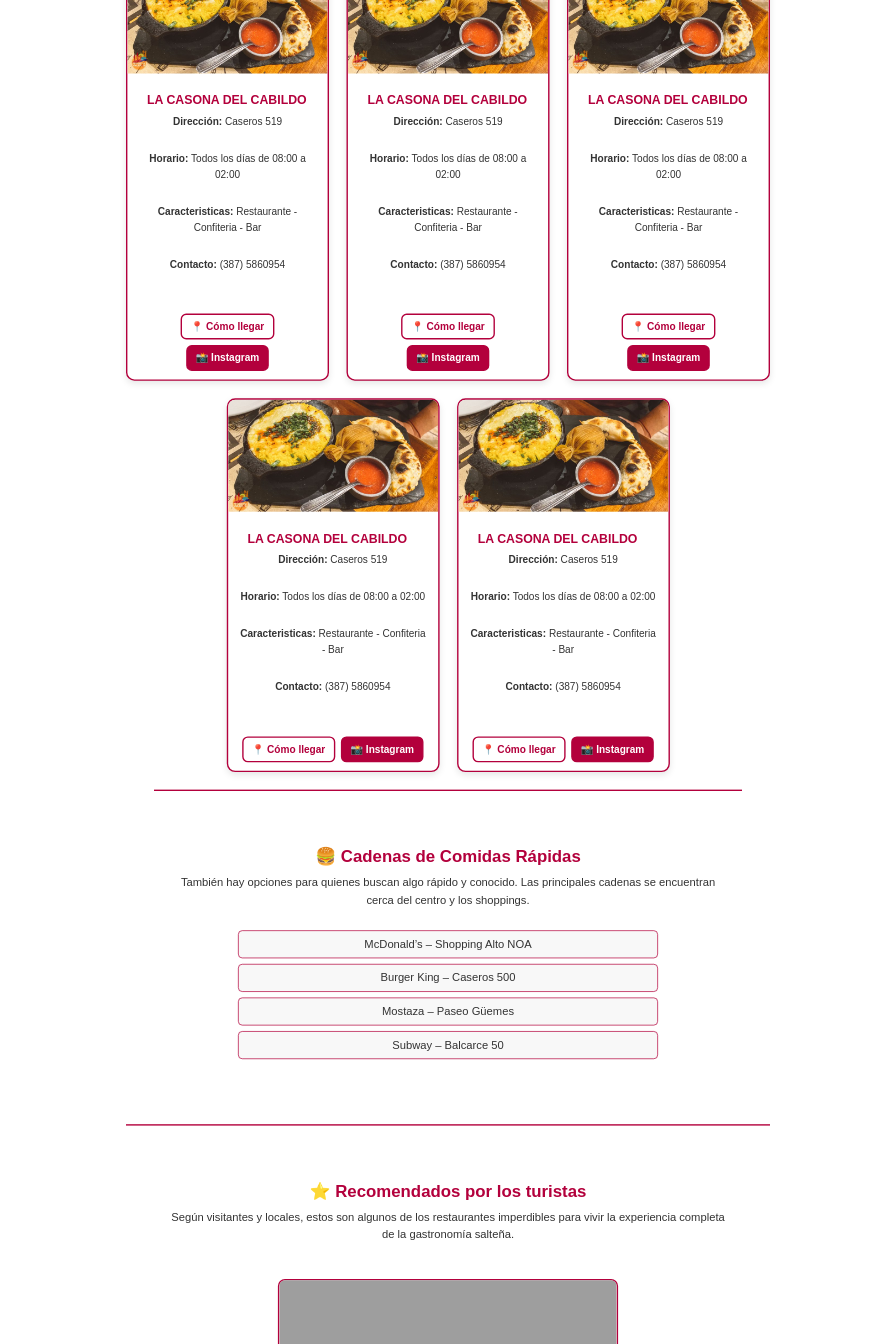
Repository: nahir95/come-en-salta
Page: restaurantes.html
These files come from the project's save history. The page is drawn as it stood at one moment and after the next save; the edit follows.
The browser window is 1280 px wide. The pictures show the part of the page from y = 4580 to 6500 px (the page is 7313 px tall before and 7283 px after), at 70% of full size.
Pictures or frames that could not be fetched are drawn as grey boxes.

Above is the page before, as saved 2025-11-12 02:52:37.

### restaurantes.html
<!doctype html>
<html lang="es">
<head>
  <meta charset="utf-8" />
  <meta name="viewport" content="width=device-width, initial-scale=1" />
  <title>Restaurantes - Comé en Salta</title>
  <link rel="stylesheet" href="style.css">
</head>

<body>
  <header>
    <h1>Comé en Salta</h1>
    <nav>
      <a href="index.html">Inicio</a>
      <a href="restaurantes.html">Restaurantes</a>
      <a href="penas.html">Peñas</a>
      <a href="#contacto">Contacto</a>
    </nav>
  </header>

  <main class="restaurantes">
    <section class="intro">
      <h2>Los mejores lugares para disfrutar en Salta</h2>
      <p>Explorá los sabores salteños en cada rincón de la ciudad. Desde el corazón histórico hasta los paseos más modernos, la gastronomía local te invita a vivir experiencias únicas.</p>
    </section>

    <!-- PLAZA 9 DE JULIO -->
<section id="plaza9" class="zona">
  <h2>🍽️ Plaza 9 de Julio</h2>
  <p>El corazón histórico de Salta ofrece restaurantes con encanto colonial, ideales para disfrutar de la gastronomía local frente a la plaza principal.</p>

  <div class="zona-grid">

    <!-- Restaurante 1 -->
    <article class="card restaurante">
      <img src="imagenes/cafe-catedral.jpeg" alt="El Solar del Convento">
      <div class="card-content">
        <h3>CAFE CATEDRAL</h3>
        <p><strong>Dirección:</strong> Bartolomé Mitre 95</p>
        <p><strong>Horarios:</strong> Lunes a Viernes: 7:00 a 22:00 - Sabado: 7:00 a 14:00</p>
        <p><strong>Caracteristicas:</strong> Desayunos, Almuerzos, Meriendas</p>
        <p><strong>Contacto:</strong> (387) 4317756 - (387) 5323658</p>
        <div class="btns-resto">
          <a href="https://maps.app.goo.gl/VMKrjFsvunXBDcr2A" target="_blank" class="btn">📍 Cómo llegar</a>
          <a href="https://www.instagram.com/cafecatedral_?igsh=MnE1amYwa3dqeDF6" target="_blank" class="btn btn-secundario">📸 Instagram</a>
        </div>
      </div>
    </article>

    <!-- Restaurante 2 -->
    <article class="card restaurante">
      <img src="imagenes/fritito.jpeg" alt="Fritito">
      <div class="card-content">
        <h3>FRITITO</h3>
        <p><strong>Dirección:</strong> Bartolome Mitre 85</p>
        <p><strong>Horario:</strong> Todos los días de 10:00 a 23:00</p>
        <p><strong>Caracteristicas:</strong> Comidas Rapidas - Fries & Burger</p>
        <p><strong>Contacto:</strong> (387) 5742741</p> <br> <br>
        <div class="btns-resto">
          <a href="https://maps.app.goo.gl/fA5zTu5r4aBTFWrC6?g_st=aw" target="_blank" class="btn">📍 Cómo llegar</a>
          <a href="https://www.instagram.com/fritito.salta?igsh=MXFieXNvZHdlZHZzZg==" target="_blank" class="btn btn-secundario">📸 Instagram</a>
        </div>
      </div>
    </article>

    <!-- Restaurante 3 -->
     <article class="card restaurante">
      <img src="imagenes/el-wey.png" alt="El Wey">
      <div class="card-content">
        <h3>EL WEY</h3>
        <p><strong>Dirección:</strong> Bartolome Mitre 81</p>
        <p><strong>Horario:</strong> Todos los días de 12:00 a 16:00 y de 19:00 a 00:00</p>
        <p><strong>Caracteristicas:</strong> Comida Mexicana: Tacos</p>
        <p><strong>Contacto:</strong> (387) 5157868</p> <br>
        <div class="btns-resto">
          <a href="https://maps.app.goo.gl/HWUzTfTShyvQshCx5?g_st=aw" target="_blank" class="btn">📍 Cómo llegar</a>
          <a href="https://www.instagram.com/el_wey_tacos?igsh=Mzk2ZTZzdmM3N3g5" target="_blank" class="btn btn-secundario">📸 Instagram</a>
        </div>
      </div>
     </article>

     <!-- Restaurante 4 -->
      <article class="card restaurante">
        <img src="imagenes/yako.jpeg" alt="Yako">
        <div class="card-content">
          <h3>YAKO MAAM</h3>
          <P><strong>Dirección:</strong> Bartolome Mitre 77</P>
          <p><strong>Horario:</strong> Todos los dias de 08:00 a 23:30</p>
          <p><strong>Caracteristicas:</strong> Cocina de Altura con técnicas de alta calidad.</p>
          <p><strong>Contacto:</strong> (387) 2529196</p> <br> <br> <br> <br> <br>
           <div class="btns-resto">
          <a href="https://maps.app.goo.gl/gud9KhsUfRgktwaAA?g_st=aw" target="_blank" class="btn">📍 Cómo llegar</a>
          <a href="https://www.instagram.com/yako.maam?igsh=ZW82NnRrNmltaHpj" target="_blank" class="btn btn-secundario">📸 Instagram</a>
        </div>
        </div>
      </article>

       <!-- Restaurante 5 -->
     <article class="card restaurante">
      <img src="imagenes/tuna.jpeg" alt="Tuna Cocina">
      <div class="card-content">
        <h3>TUNA COCINA</h3>
        <p><strong>Dirección:</strong> Bartolome Mitre 37 - Galeria El Palacio</p>
        <p><strong>Horario:</strong> Lunes a Jueves y Domingos: 07:00 a 01:00 - Los Viernes y Sabados: 07:00 a 02:00</p>
        <p><strong>Caracteristicas:</strong> Desayunos, Almuerzos. Meriendas, Cenas, Bar</p>
        <p><strong>Contacto:</strong> (387) 5381427</p> <br>
        <div class="btns-resto">
          <a href="https://maps.app.goo.gl/PCjznmCm7fmgmqhf8?g_st=aw" target="_blank" class="btn">📍 Cómo llegar</a>
          <a href="https://www.instagram.com/tunacocina?igsh=bWRpaGdxN2wyMXRj" target="_blank" class="btn btn-secundario">📸 Instagram</a>
        </div>
      </div>
     </article>

      <!-- Restaurante 6 -->
     <article class="card restaurante">
      <img src="imagenes/new-time.png" alt="New Time">
      <div class="card-content">
        <h3>NEW TIME</h3>
        <p><strong>Dirección:</strong> Caseros 602</p>
        <p><strong>Horario:</strong> Lunes a Viernes: 08:00 a 02:00 - Sabados y Domingos: 06:00 a 02:00</p>
        <p><strong>Caracteristicas:</strong> Desayunos, Almuerzos, Meriendas, Cenas</p>
        <p><strong>Contacto:</strong> (387) 4317567</p> <br> <br> <br> <br>
        <div class="btns-resto">
          <a href="https://maps.app.goo.gl/SDz5q4yyxKZGqRi97?g_st=aw" target="_blank" class="btn">📍 Cómo llegar</a>
        </div>
      </div>
     </article>

      <!-- Restaurante 7 -->
     <article class="card restaurante">
      <img src="imagenes/la-casona.webp" alt="La Casona del Cabildo">
      <div class="card-content">
        <h3>LA CASONA DEL CABILDO</h3>
        <p><strong>Dirección:</strong> Caseros 519</p>
        <p><strong>Horario:</strong> Todos los días de 08:00 a 02:00</p>
        <p><strong>Caracteristicas:</strong> Restaurante - Confiteria - Bar</p>
        <p><strong>Contacto:</strong> (387) 5860954</p> <br> <br>
        <div class="btns-resto">
          <a href="https://maps.app.goo.gl/SqyFGXWdCELtACJa8?g_st=aw" target="_blank" class="btn">📍 Cómo llegar</a>
          <a href="https://www.instagram.com/lacasonadelcabildo?igsh=MThnNnZqaWN6cmZneg==" target="_blank" class="btn btn-secundario">📸 Instagram</a>
        </div>
      </div>
     </article>

      <!-- Restaurante 8 -->
     <article class="card restaurante">
      <img src="imagenes/pulperia.png" alt="Pulperia 1910">
      <div class="card-content">
        <h3>PULPERIA 1910</h3>
        <p><strong>Dirección:</strong> Caseros 511</p>
        <p><strong>Horario:</strong> Todos los días de 12:00 a 15:00 y de 18:00 a 01:00</p>
        <p><strong>Caracteristicas:</strong> Restaurante - Confiteria - Bar</p>
        <p><strong>Contacto:</strong> - </p> <br>
        <div class="btns-resto">
          <a href="https://maps.app.goo.gl/pwbjSTetp75Qohrx8?g_st=aw" target="_blank" class="btn">📍 Cómo llegar</a>
          <a href="https://www.instagram.com/pulperia.1910?igsh=dnhlMGJxeWgxdmh1" target="_blank" class="btn btn-secundario">📸 Instagram</a>
        </div>
      </div>
     </article>

      <!-- Restaurante 9 -->
     <article class="card restaurante">
      <img src="imagenes/carrusel-1.jpg" alt="La Casona del Cabildo">
      <div class="card-content">
        <h3>LA CASONA DEL CABILDO</h3>
        <p><strong>Dirección:</strong> Caseros 519</p>
        <p><strong>Horario:</strong> Todos los días de 08:00 a 02:00</p>
        <p><strong>Caracteristicas:</strong> Restaurante - Confiteria - Bar</p>
        <p><strong>Contacto:</strong> (387) 5860954</p> <br> <br>
        <div class="btns-resto">
          <a href="https://maps.app.goo.gl/SqyFGXWdCELtACJa8?g_st=aw" target="_blank" class="btn">📍 Cómo llegar</a>
          <a href="https://www.instagram.com/lacasonadelcabildo?igsh=MThnNnZqaWN6cmZneg==" target="_blank" class="btn btn-secundario">📸 Instagram</a>
        </div>
      </div>
     </article>

      <!-- Restaurante 10 -->
     <article class="card restaurante">
      <img src="imagenes/carrusel-1.jpg" alt="La Casona del Cabildo">
      <div class="card-content">
        <h3>LA CASONA DEL CABILDO</h3>
        <p><strong>Dirección:</strong> Caseros 519</p>
        <p><strong>Horario:</strong> Todos los días de 08:00 a 02:00</p>
        <p><strong>Caracteristicas:</strong> Restaurante - Confiteria - Bar</p>
        <p><strong>Contacto:</strong> (387) 5860954</p> <br>
        <div class="btns-resto">
          <a href="https://maps.app.goo.gl/SqyFGXWdCELtACJa8?g_st=aw" target="_blank" class="btn">📍 Cómo llegar</a>
          <a href="https://www.instagram.com/lacasonadelcabildo?igsh=MThnNnZqaWN6cmZneg==" target="_blank" class="btn btn-secundario">📸 Instagram</a>
        </div>
      </div>
     </article>

      <!-- Restaurante 11 -->
     <article class="card restaurante">
      <img src="imagenes/carrusel-1.jpg" alt="La Casona del Cabildo">
      <div class="card-content">
        <h3>LA CASONA DEL CABILDO</h3>
        <p><strong>Dirección:</strong> Caseros 519</p>
        <p><strong>Horario:</strong> Todos los días de 08:00 a 02:00</p>
        <p><strong>Caracteristicas:</strong> Restaurante - Confiteria - Bar</p>
        <p><strong>Contacto:</strong> (387) 5860954</p> <br>
        <div class="btns-resto">
          <a href="https://maps.app.goo.gl/SqyFGXWdCELtACJa8?g_st=aw" target="_blank" class="btn">📍 Cómo llegar</a>
          <a href="https://www.instagram.com/lacasonadelcabildo?igsh=MThnNnZqaWN6cmZneg==" target="_blank" class="btn btn-secundario">📸 Instagram</a>
        </div>
      </div>
     </article>

      <!-- Restaurante 12 -->
     <article class="card restaurante">
      <img src="imagenes/carrusel-1.jpg" alt="La Casona del Cabildo">
      <div class="card-content">
        <h3>LA CASONA DEL CABILDO</h3>
        <p><strong>Dirección:</strong> Caseros 519</p>
        <p><strong>Horario:</strong> Todos los días de 08:00 a 02:00</p>
        <p><strong>Caracteristicas:</strong> Restaurante - Confiteria - Bar</p>
        <p><strong>Contacto:</strong> (387) 5860954</p> <br>
        <div class="btns-resto">
          <a href="https://maps.app.goo.gl/SqyFGXWdCELtACJa8?g_st=aw" target="_blank" class="btn">📍 Cómo llegar</a>
          <a href="https://www.instagram.com/lacasonadelcabildo?igsh=MThnNnZqaWN6cmZneg==" target="_blank" class="btn btn-secundario">📸 Instagram</a>
        </div>
      </div>
     </article>




  </div>
</section>


    <!-- PASEO BALCARCE -->
    <section id="balcarce" class="zona">
      <h2>🎶 Paseo Balcarce</h2>
      <p>Uno de los lugares más animados de la ciudad. Aquí se mezclan la comida regional, la música y la vida nocturna salteña. Peñas, bares y restaurantes llenan de energía cada noche.</p>

      <div class="zona-grid">

     <!-- Restaurante 12 -->
     <article class="card restaurante">
      <img src="imagenes/carrusel-1.jpg" alt="La Casona del Cabildo">
      <div class="card-content">
        <h3>LA CASONA DEL CABILDO</h3>
        <p><strong>Dirección:</strong> Caseros 519</p>
        <p><strong>Horario:</strong> Todos los días de 08:00 a 02:00</p>
        <p><strong>Caracteristicas:</strong> Restaurante - Confiteria - Bar</p>
        <p><strong>Contacto:</strong> (387) 5860954</p> <br>
        <div class="btns-resto">
          <a href="https://maps.app.goo.gl/SqyFGXWdCELtACJa8?g_st=aw" target="_blank" class="btn">📍 Cómo llegar</a>
          <a href="https://www.instagram.com/lacasonadelcabildo?igsh=MThnNnZqaWN6cmZneg==" target="_blank" class="btn btn-secundario">📸 Instagram</a>
        </div>
      </div>
     </article>

      <!-- Restaurante 12 -->
     <article class="card restaurante">
      <img src="imagenes/carrusel-1.jpg" alt="La Casona del Cabildo">
      <div class="card-content">
        <h3>LA CASONA DEL CABILDO</h3>
        <p><strong>Dirección:</strong> Caseros 519</p>
        <p><strong>Horario:</strong> Todos los días de 08:00 a 02:00</p>
        <p><strong>Caracteristicas:</strong> Restaurante - Confiteria - Bar</p>
        <p><strong>Contacto:</strong> (387) 5860954</p> <br>
        <div class="btns-resto">
          <a href="https://maps.app.goo.gl/SqyFGXWdCELtACJa8?g_st=aw" target="_blank" class="btn">📍 Cómo llegar</a>
          <a href="https://www.instagram.com/lacasonadelcabildo?igsh=MThnNnZqaWN6cmZneg==" target="_blank" class="btn btn-secundario">📸 Instagram</a>
        </div>
      </div>
     </article>

      <!-- Restaurante 12 -->
     <article class="card restaurante">
      <img src="imagenes/carrusel-1.jpg" alt="La Casona del Cabildo">
      <div class="card-content">
        <h3>LA CASONA DEL CABILDO</h3>
        <p><strong>Dirección:</strong> Caseros 519</p>
        <p><strong>Horario:</strong> Todos los días de 08:00 a 02:00</p>
        <p><strong>Caracteristicas:</strong> Restaurante - Confiteria - Bar</p>
        <p><strong>Contacto:</strong> (387) 5860954</p> <br>
        <div class="btns-resto">
          <a href="https://maps.app.goo.gl/SqyFGXWdCELtACJa8?g_st=aw" target="_blank" class="btn">📍 Cómo llegar</a>
          <a href="https://www.instagram.com/lacasonadelcabildo?igsh=MThnNnZqaWN6cmZneg==" target="_blank" class="btn btn-secundario">📸 Instagram</a>
        </div>
      </div>
     </article>

      <!-- Restaurante 12 -->
     <article class="card restaurante">
      <img src="imagenes/carrusel-1.jpg" alt="La Casona del Cabildo">
      <div class="card-content">
        <h3>LA CASONA DEL CABILDO</h3>
        <p><strong>Dirección:</strong> Caseros 519</p>
        <p><strong>Horario:</strong> Todos los días de 08:00 a 02:00</p>
        <p><strong>Caracteristicas:</strong> Restaurante - Confiteria - Bar</p>
        <p><strong>Contacto:</strong> (387) 5860954</p> <br>
        <div class="btns-resto">
          <a href="https://maps.app.goo.gl/SqyFGXWdCELtACJa8?g_st=aw" target="_blank" class="btn">📍 Cómo llegar</a>
          <a href="https://www.instagram.com/lacasonadelcabildo?igsh=MThnNnZqaWN6cmZneg==" target="_blank" class="btn btn-secundario">📸 Instagram</a>
        </div>
      </div>
     </article>

      <!-- Restaurante 12 -->
     <article class="card restaurante">
      <img src="imagenes/carrusel-1.jpg" alt="La Casona del Cabildo">
      <div class="card-content">
        <h3>LA CASONA DEL CABILDO</h3>
        <p><strong>Dirección:</strong> Caseros 519</p>
        <p><strong>Horario:</strong> Todos los días de 08:00 a 02:00</p>
        <p><strong>Caracteristicas:</strong> Restaurante - Confiteria - Bar</p>
        <p><strong>Contacto:</strong> (387) 5860954</p> <br>
        <div class="btns-resto">
          <a href="https://maps.app.goo.gl/SqyFGXWdCELtACJa8?g_st=aw" target="_blank" class="btn">📍 Cómo llegar</a>
          <a href="https://www.instagram.com/lacasonadelcabildo?igsh=MThnNnZqaWN6cmZneg==" target="_blank" class="btn btn-secundario">📸 Instagram</a>
        </div>
      </div>
     </article>

      <!-- Restaurante 12 -->
     <article class="card restaurante">
      <img src="imagenes/carrusel-1.jpg" alt="La Casona del Cabildo">
      <div class="card-content">
        <h3>LA CASONA DEL CABILDO</h3>
        <p><strong>Dirección:</strong> Caseros 519</p>
        <p><strong>Horario:</strong> Todos los días de 08:00 a 02:00</p>
        <p><strong>Caracteristicas:</strong> Restaurante - Confiteria - Bar</p>
        <p><strong>Contacto:</strong> (387) 5860954</p> <br>
        <div class="btns-resto">
          <a href="https://maps.app.goo.gl/SqyFGXWdCELtACJa8?g_st=aw" target="_blank" class="btn">📍 Cómo llegar</a>
          <a href="https://www.instagram.com/lacasonadelcabildo?igsh=MThnNnZqaWN6cmZneg==" target="_blank" class="btn btn-secundario">📸 Instagram</a>
        </div>
      </div>
     </article>


    <!-- PASEO GÜEMES -->
    <section id="guemes" class="zona">
      <h2>🍷 Paseo Güemes</h2>
      <p>La zona joven y moderna de Salta. Ideal para quienes buscan cocina contemporánea, bares y terrazas con estilo. Un punto de encuentro entre turistas y locales.</p>

      <div class="zona-grid">

        <!-- Restaurante 12 -->
     <article class="card restaurante">
      <img src="imagenes/carrusel-1.jpg" alt="La Casona del Cabildo">
      <div class="card-content">
        <h3>LA CASONA DEL CABILDO</h3>
        <p><strong>Dirección:</strong> Caseros 519</p>
        <p><strong>Horario:</strong> Todos los días de 08:00 a 02:00</p>
        <p><strong>Caracteristicas:</strong> Restaurante - Confiteria - Bar</p>
        <p><strong>Contacto:</strong> (387) 5860954</p> <br>
        <div class="btns-resto">
          <a href="https://maps.app.goo.gl/SqyFGXWdCELtACJa8?g_st=aw" target="_blank" class="btn">📍 Cómo llegar</a>
          <a href="https://www.instagram.com/lacasonadelcabildo?igsh=MThnNnZqaWN6cmZneg==" target="_blank" class="btn btn-secundario">📸 Instagram</a>
        </div>
      </div>
     </article>

     <!-- Restaurante 12 -->
     <article class="card restaurante">
      <img src="imagenes/carrusel-1.jpg" alt="La Casona del Cabildo">
      <div class="card-content">
        <h3>LA CASONA DEL CABILDO</h3>
        <p><strong>Dirección:</strong> Caseros 519</p>
        <p><strong>Horario:</strong> Todos los días de 08:00 a 02:00</p>
        <p><strong>Caracteristicas:</strong> Restaurante - Confiteria - Bar</p>
        <p><strong>Contacto:</strong> (387) 5860954</p> <br>
        <div class="btns-resto">
          <a href="https://maps.app.goo.gl/SqyFGXWdCELtACJa8?g_st=aw" target="_blank" class="btn">📍 Cómo llegar</a>
          <a href="https://www.instagram.com/lacasonadelcabildo?igsh=MThnNnZqaWN6cmZneg==" target="_blank" class="btn btn-secundario">📸 Instagram</a>
        </div>
      </div>
     </article>

     <!-- Restaurante 12 -->
     <article class="card restaurante">
      <img src="imagenes/carrusel-1.jpg" alt="La Casona del Cabildo">
      <div class="card-content">
        <h3>LA CASONA DEL CABILDO</h3>
        <p><strong>Dirección:</strong> Caseros 519</p>
        <p><strong>Horario:</strong> Todos los días de 08:00 a 02:00</p>
        <p><strong>Caracteristicas:</strong> Restaurante - Confiteria - Bar</p>
        <p><strong>Contacto:</strong> (387) 5860954</p> <br>
        <div class="btns-resto">
          <a href="https://maps.app.goo.gl/SqyFGXWdCELtACJa8?g_st=aw" target="_blank" class="btn">📍 Cómo llegar</a>
          <a href="https://www.instagram.com/lacasonadelcabildo?igsh=MThnNnZqaWN6cmZneg==" target="_blank" class="btn btn-secundario">📸 Instagram</a>
        </div>
      </div>
     </article>

     <!-- Restaurante 12 -->
     <article class="card restaurante">
      <img src="imagenes/carrusel-1.jpg" alt="La Casona del Cabildo">
      <div class="card-content">
        <h3>LA CASONA DEL CABILDO</h3>
        <p><strong>Dirección:</strong> Caseros 519</p>
        <p><strong>Horario:</strong> Todos los días de 08:00 a 02:00</p>
        <p><strong>Caracteristicas:</strong> Restaurante - Confiteria - Bar</p>
        <p><strong>Contacto:</strong> (387) 5860954</p> <br>
        <div class="btns-resto">
          <a href="https://maps.app.goo.gl/SqyFGXWdCELtACJa8?g_st=aw" target="_blank" class="btn">📍 Cómo llegar</a>
          <a href="https://www.instagram.com/lacasonadelcabildo?igsh=MThnNnZqaWN6cmZneg==" target="_blank" class="btn btn-secundario">📸 Instagram</a>
        </div>
      </div>
     </article>

     <!-- Restaurante 12 -->
     <article class="card restaurante">
      <img src="imagenes/carrusel-1.jpg" alt="La Casona del Cabildo">
      <div class="card-content">
        <h3>LA CASONA DEL CABILDO</h3>
        <p><strong>Dirección:</strong> Caseros 519</p>
        <p><strong>Horario:</strong> Todos los días de 08:00 a 02:00</p>
        <p><strong>Caracteristicas:</strong> Restaurante - Confiteria - Bar</p>
        <p><strong>Contacto:</strong> (387) 5860954</p> <br>
        <div class="btns-resto">
          <a href="https://maps.app.goo.gl/SqyFGXWdCELtACJa8?g_st=aw" target="_blank" class="btn">📍 Cómo llegar</a>
          <a href="https://www.instagram.com/lacasonadelcabildo?igsh=MThnNnZqaWN6cmZneg==" target="_blank" class="btn btn-secundario">📸 Instagram</a>
        </div>
      </div>
     </article>



    <!-- CADENAS DE COMIDAS RÁPIDAS -->
    <section id="rapidas" class="zona">
      <h2>🍔 Cadenas de Comidas Rápidas</h2>
      <p>También hay opciones para quienes buscan algo rápido y conocido. Las principales cadenas se encuentran cerca del centro y los shoppings.</p>

      <ul class="lista-rapidas">
        <li>McDonald’s – Shopping Alto NOA</li>
        <li>Burger King – Caseros 500</li>
        <li>Mostaza – Paseo Güemes</li>
        <li>Subway – Balcarce 50</li>
      </ul>
    </section>

    <!-- EXTRA: RESTAURANTES DESTACADOS -->
    <section id="destacados" class="zona">
      <h2>⭐ Recomendados por los turistas</h2>
      <p>Según visitantes y locales, estos son algunos de los restaurantes imperdibles para vivir la experiencia completa de la gastronomía salteña.</p>
      <div class="zona-grid">
        <article class="card">
          <img src="https://images.unsplash.com/photo-1504674900247-0877df9cc836?w=800" alt="Empanadas salteñas">
          <h3>Doña Salta</h3>
          <p>Empanadas caseras, locro y guisos típicos en un ambiente colonial.</p>
        </article>
        <article class="card">
          <img src="https://images.unsplash.com/photo-1601924582971-c8b28a3a13f1?w=800" alt="Locro salteño">
          <h3>El Patio de la Empanada</h3>
          <p>Conocido por su sabor auténtico y precios populares. Ideal para turistas.</p>
        </article>
      </div>
    </section>
  </main>

  <footer>
    Creado con ❤️ por Comé en Salta · 2025
  </footer>
</body>
</html>

Loaded but not shown: style.css (441 lines, source omitted)

After the next save:
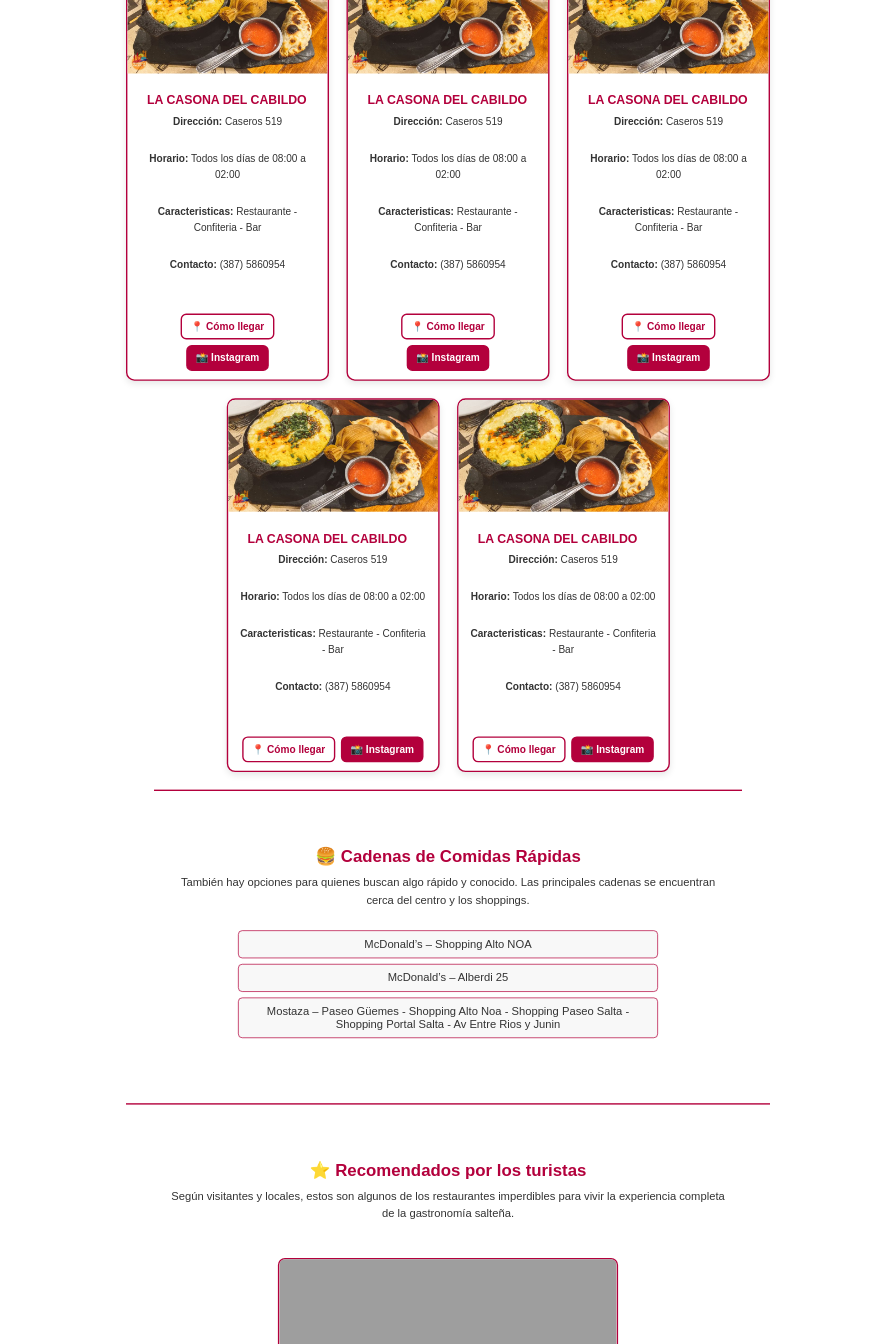
Saved 3 min 9 s later.
--- a/restaurantes.html
+++ b/restaurantes.html
@@ -429,9 +429,8 @@
 
       <ul class="lista-rapidas">
         <li>McDonald’s – Shopping Alto NOA</li>
-        <li>Burger King – Caseros 500</li>
-        <li>Mostaza – Paseo Güemes</li>
-        <li>Subway – Balcarce 50</li>
+        <li>McDonald’s – Alberdi 25</li>
+        <li>Mostaza – Paseo Güemes - Shopping Alto Noa - Shopping Paseo Salta - Shopping Portal Salta - Av Entre Rios y Junin</li>
       </ul>
     </section>
 
